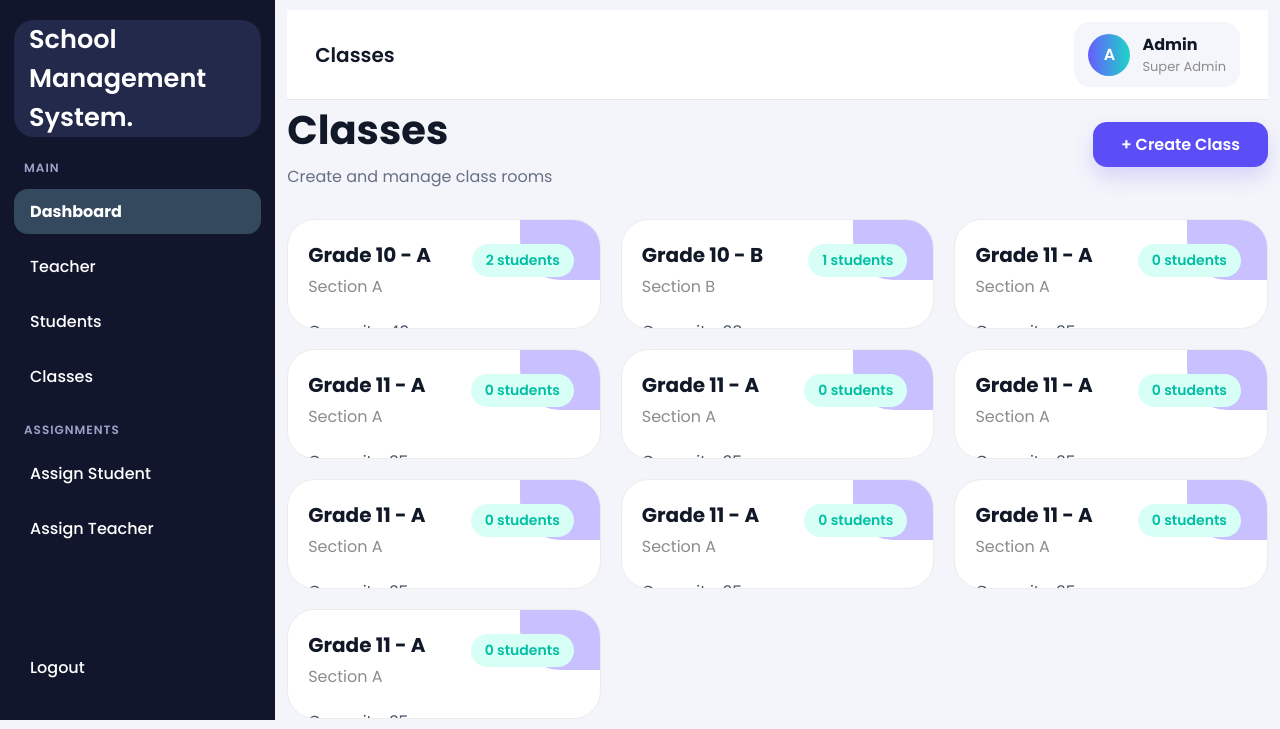
Repository: rohit-rk-07/school_management_system
Page: http://localhost/School_Management_System/admin/addclasses.jsp
These files come from the project's save history. The page is drawn as it stood at one moment and after the next save; the edit follows.
The browser window is 1280 px wide. The pictures show the whole page.
The page is served by Tomcat 10.

Above is the page before, as saved 2026-05-20 09:32:28.

After the next save:
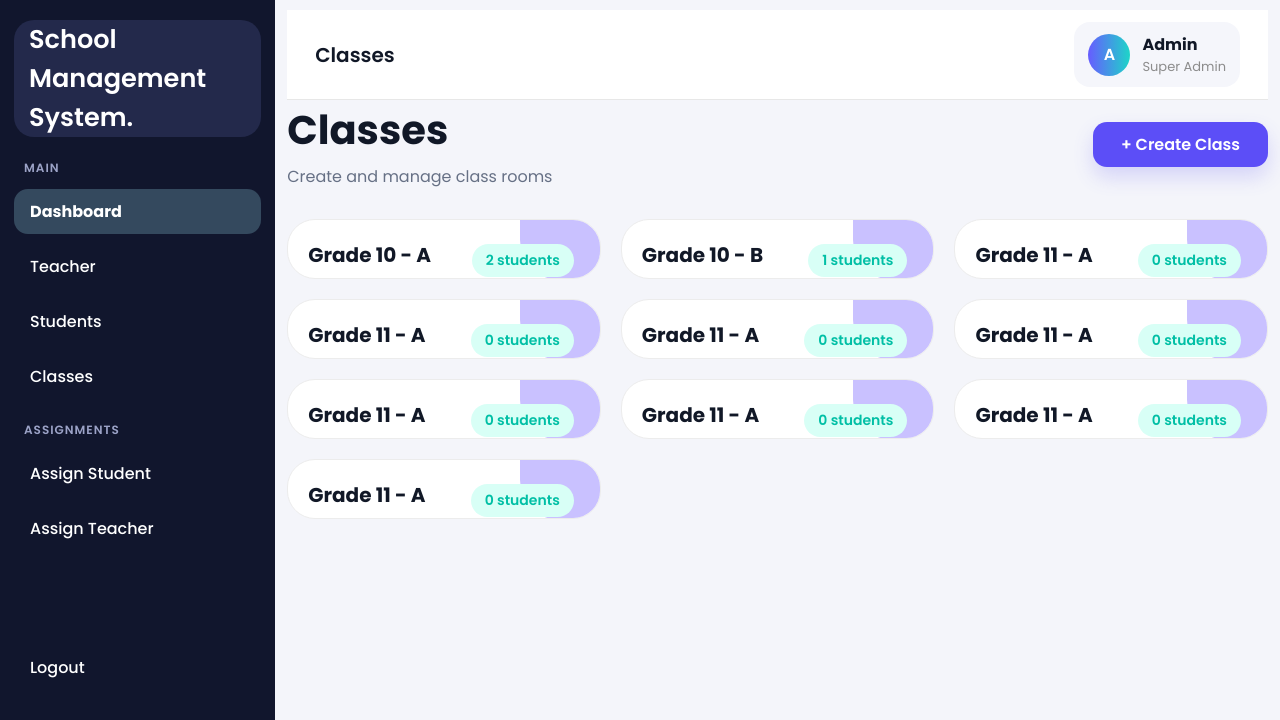
Saved 17 s later.
--- a/School_Management_System/src/main/webapp/admin/addclasses.jsp
+++ b/School_Management_System/src/main/webapp/admin/addclasses.jsp
@@ -133,7 +133,7 @@
             grid-template-columns:repeat(auto-fit,minmax(250px,1fr));
             gap:20px;
             overflow-y: scroll;
-            height: 500px;
+            height: 300px;
         }
 
         /* =========================

After the save that followed:
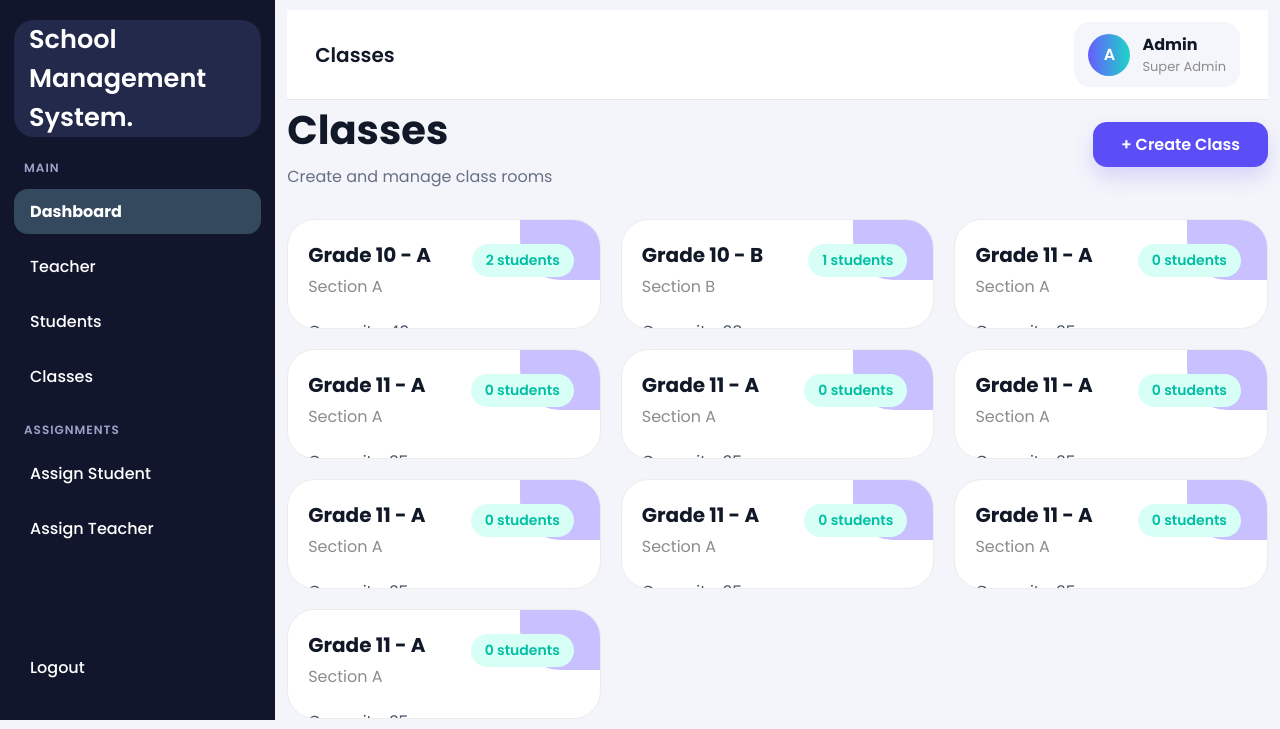
Saved 22 s later.
--- a/School_Management_System/src/main/webapp/admin/addclasses.jsp
+++ b/School_Management_System/src/main/webapp/admin/addclasses.jsp
@@ -133,7 +133,7 @@
             grid-template-columns:repeat(auto-fit,minmax(250px,1fr));
             gap:20px;
             overflow-y: scroll;
-            height: 300px;
+            height: 500px;
         }
 
         /* =========================
